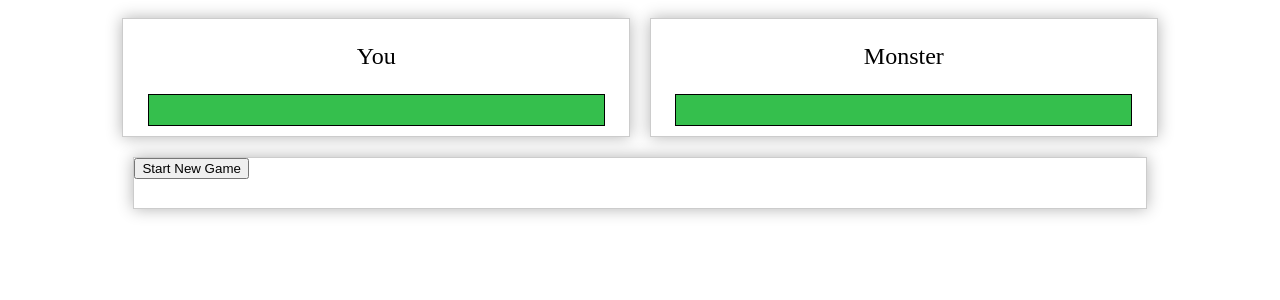
Repository: jakublack/game-fight-vue
Page: /
An editor plug-in stored every save of this project. The page is shown before and after the next save, followed by the edit.
The browser window is 1280 px wide. The pictures show the whole page.
The project was rebuilt for these pictures with package versions that can differ from the ones it lists, and the page was loaded fresh each time.

Above is the page before, as saved 2018-08-08 20:50:00.

### public/index.html
<!DOCTYPE html>
<html lang="en">
  <head>
    <meta charset="utf-8">
    <meta http-equiv="X-UA-Compatible" content="IE=edge">
    <meta name="viewport" content="width=device-width,initial-scale=1.0">
    <link rel="icon" href="<%= BASE_URL %>favicon.ico">
    <title>game-app</title>
  </head>
  <body>
    <noscript>
      <strong>We're sorry but game-app doesn't work properly without JavaScript enabled. Please enable it to continue.</strong>
    </noscript>
    <div id="app"></div>
    <!-- built files will be auto injected -->
  </body>
</html>

### src/components/Game.vue
<template>
  <div class="wrapper--app">
    <div class="wrapper--person">
      <div class="person--player">
        <p>You</p>
        <div class="person--health player--health"></div>
      </div>
      <div class="person--player">
        <p>Monster</p>
        <div class="person--health monster--health"></div>
      </div>
    </div>
    <div class="wrapper-action">
      <button>Start New Game</button>
    </div>


  </div>

</template>

<script>
export default {
  name: 'Game',

}
</script>

<!-- Add "scoped" attribute to limit CSS to this component only -->
<style scss scoped>

.wrapper--person {
  text-align: center;
}

.person--player {
  width: 40%;
  display: inline-block;
  margin: 10px;
  text-align: center;
  border: 1px solid #ccc;
  box-shadow: 0px 0px 15px 0px rgba(0,0,0,0.3);
}

.person--player p {
  font-size: 24px;
}

.person--health {
  width: 90%;
  height: 30px;
  margin: 10px auto;
  background-color: #35BF4D;
  border: 1px solid #000;
}
.wrapper-action {
  width: 80%;
  height: 50px;

  margin: 10px auto;
  border: 1px solid #ccc;
  box-shadow: 0px 0px 15px 0px rgba(0,0,0,0.3);

}



</style>

Loaded but not shown: src/main.js (common file); src/App.vue (common file)

After the next save:
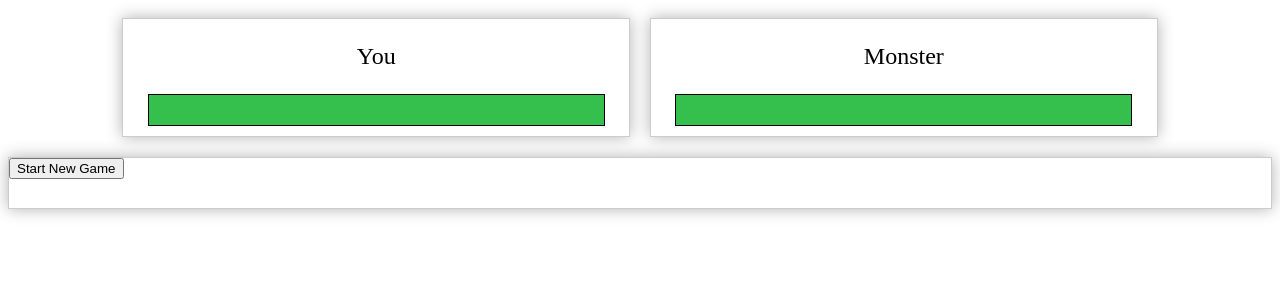
Saved 12 s later.
--- a/src/components/Game.vue
+++ b/src/components/Game.vue
@@ -54,7 +54,7 @@ export default {
   border: 1px solid #000;
 }
 .wrapper-action {
-  width: 80%;
+  width: 80% + 20px;
   height: 50px;
 
   margin: 10px auto;
